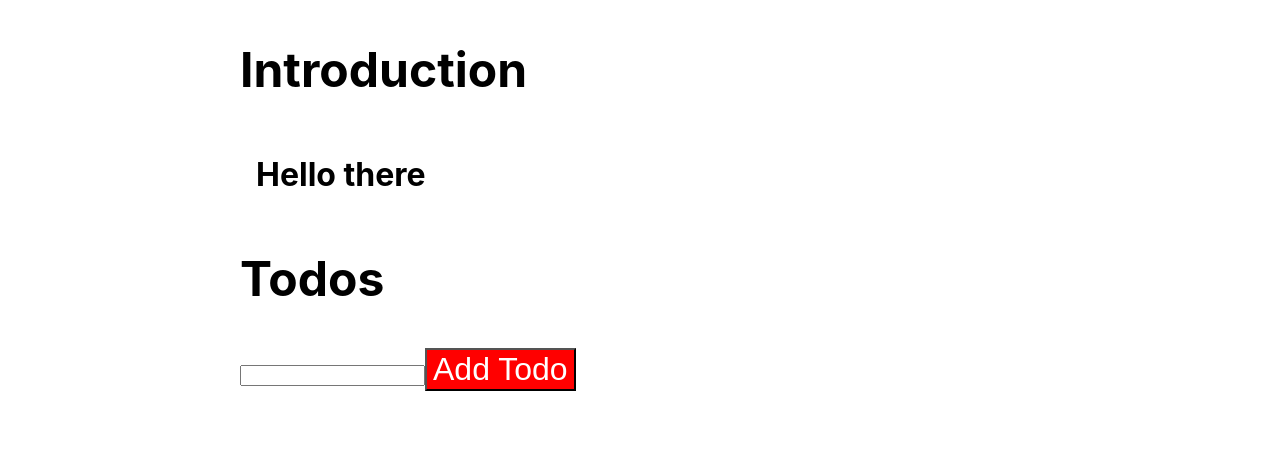
Repository: baodien1405/react-with-typescript
Page: /
An editor plug-in stored every save of this project. The page is shown before and after the next save, followed by the edit.
The browser window is 1280 px wide. The pictures show the whole page.
The project was rebuilt for these pictures with package versions that can differ from the ones it lists, and the page was loaded fresh each time.

Above is the page before, as saved 2021-06-08 18:05:02.

### src/App.tsx

import React, { useCallback, useEffect, useReducer, useRef, useState } from 'react';
import { useTodos } from "./useTodo";
import './App.css';

const Heading = ({title}: {title: string}) => <h2>{title}</h2>

const Box: React.FunctionComponent = ({children}) => (
  <div style={{padding: "1rem", fontWeight: 'bold'}}>
    {children}
  </div>
)
interface Todo {
  id: number;
  done: boolean;
  text: string;
}

type ActionType = {type: "ADD", text: string} | {type: "REMOVE", id: number}

const Button: React.FunctionComponent<
  React.DetailedHTMLProps<
    React.ButtonHTMLAttributes<HTMLButtonElement>,
    HTMLButtonElement
    > & {
      title?: string
    }
> = ({title, children, style, ...rest}) => (<button {...rest} style={{...style, backgroundColor: "red", color: "white", fontSize: "xx-large"}} >{title ?? children}</button>)

function App() {
  const newTodoRef = useRef<HTMLInputElement>(null);

  const onAddTodo = useCallback(() => {
    if(newTodoRef.current) {
      dispatch({
        type: "ADD",
        text: newTodoRef.current.value
      })
      newTodoRef.current.value = "";
    }
  }, [])

  const [todos, dispatch] = useReducer((state: Todo[], action: ActionType) => {
    const uuid = Math.floor(Math.random() * 9999 + 1);
    switch (action.type) {
      case "ADD": {
        return [
          ...state,
          {
            id: uuid,
            text: action.text,
            done: false,
          },
        ];
      }
      case "REMOVE": {
        return state.filter(({id}) => id !== action.id);
      }
      default:
        throw new Error()
    }
  }, []);

  return (
    <div className="App">
     <Heading title="Introduction" />
     <Box>Hello there</Box>

     <Heading title="Todos" />
     {
       todos.map((todo) => (
         <div key={todo.id}>
           {todo.text}
           <button
            onClick={() => dispatch({
              type: "REMOVE",
              id: todo.id
            })}
           >
             Remove
           </button>
        </div>
       ))
     }
     <div>
       <input type="text" ref={newTodoRef} />
       <Button onClick={onAddTodo}>Add Todo</Button>
     </div>
    </div>
  );
}

export default App;

### src/App.css
body {
  font-size: xx-large;
  margin: auto;
  max-width: 800px;
}

### src/useTodo.tsx
import React, { useCallback, useEffect, useReducer, useState } from 'react';

type ActionType = {type: "ADD", text: string} | {type: "REMOVE", id: number};

interface Todo {
  id: number;
  done: boolean;
  text: string;
}

export function useTodos(initialTodos: Todo[]): {todos: Todo[]; addTodo: (text: string) => void; removeTodo: (id: number) => void} {
  const [todos, dispatch] = useReducer((state: Todo[], action: ActionType) => {
    const uuid = Math.floor(Math.random() * 9999 + 1);
    switch (action.type) {
      case "ADD": {
        return [
          ...state,
          {
            id: uuid,
            text: action.text,
            done: false,
          },
        ];
      }
      case "REMOVE": {
        return state.filter(({id}) => id !== action.id);
      }
      default:
        throw new Error()
    }
  }, initialTodos);

  const addTodo = useCallback((text: string) => {
    dispatch({
      type: "ADD",
      text
    })
  }, [])

  const removeTodo = useCallback((id: number) => {
    dispatch({
      type: "REMOVE",
      id
    })
  }, [])

  return {todos, addTodo, removeTodo};
}

Loaded but not shown: public/index.html (common file); src/index.tsx (common file); src/index.css (common file); src/reportWebVitals.ts (common file)

After the next save:
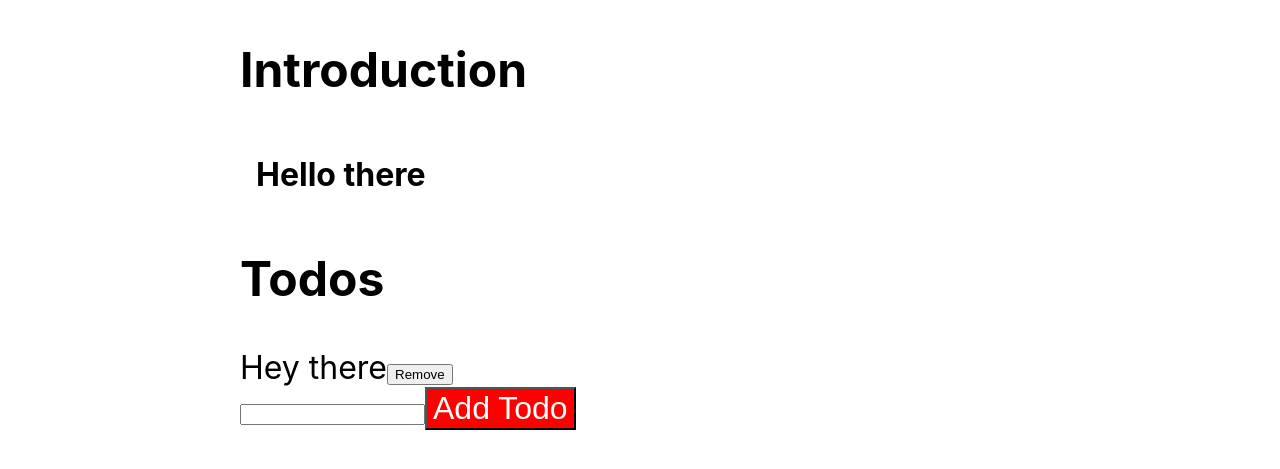
Saved 3 min 12 s later.
--- a/src/App.tsx
+++ b/src/App.tsx
@@ -30,36 +30,16 @@ const Button: React.FunctionComponent<
 function App() {
   const newTodoRef = useRef<HTMLInputElement>(null);
 
+  const { todos, addTodo, removeTodo} = useTodos([
+    {id: 0, text: "Hey there", done: false}
+  ]);
+
   const onAddTodo = useCallback(() => {
     if(newTodoRef.current) {
-      dispatch({
-        type: "ADD",
-        text: newTodoRef.current.value
-      })
+      addTodo(newTodoRef.current.value)
       newTodoRef.current.value = "";
     }
-  }, [])
-
-  const [todos, dispatch] = useReducer((state: Todo[], action: ActionType) => {
-    const uuid = Math.floor(Math.random() * 9999 + 1);
-    switch (action.type) {
-      case "ADD": {
-        return [
-          ...state,
-          {
-            id: uuid,
-            text: action.text,
-            done: false,
-          },
-        ];
-      }
-      case "REMOVE": {
-        return state.filter(({id}) => id !== action.id);
-      }
-      default:
-        throw new Error()
-    }
-  }, []);
+  }, [addTodo])
 
   return (
     <div className="App">
@@ -72,10 +52,7 @@ function App() {
          <div key={todo.id}>
            {todo.text}
            <button
-            onClick={() => dispatch({
-              type: "REMOVE",
-              id: todo.id
-            })}
+            onClick={() => removeTodo(todo.id)}
            >
              Remove
            </button>
